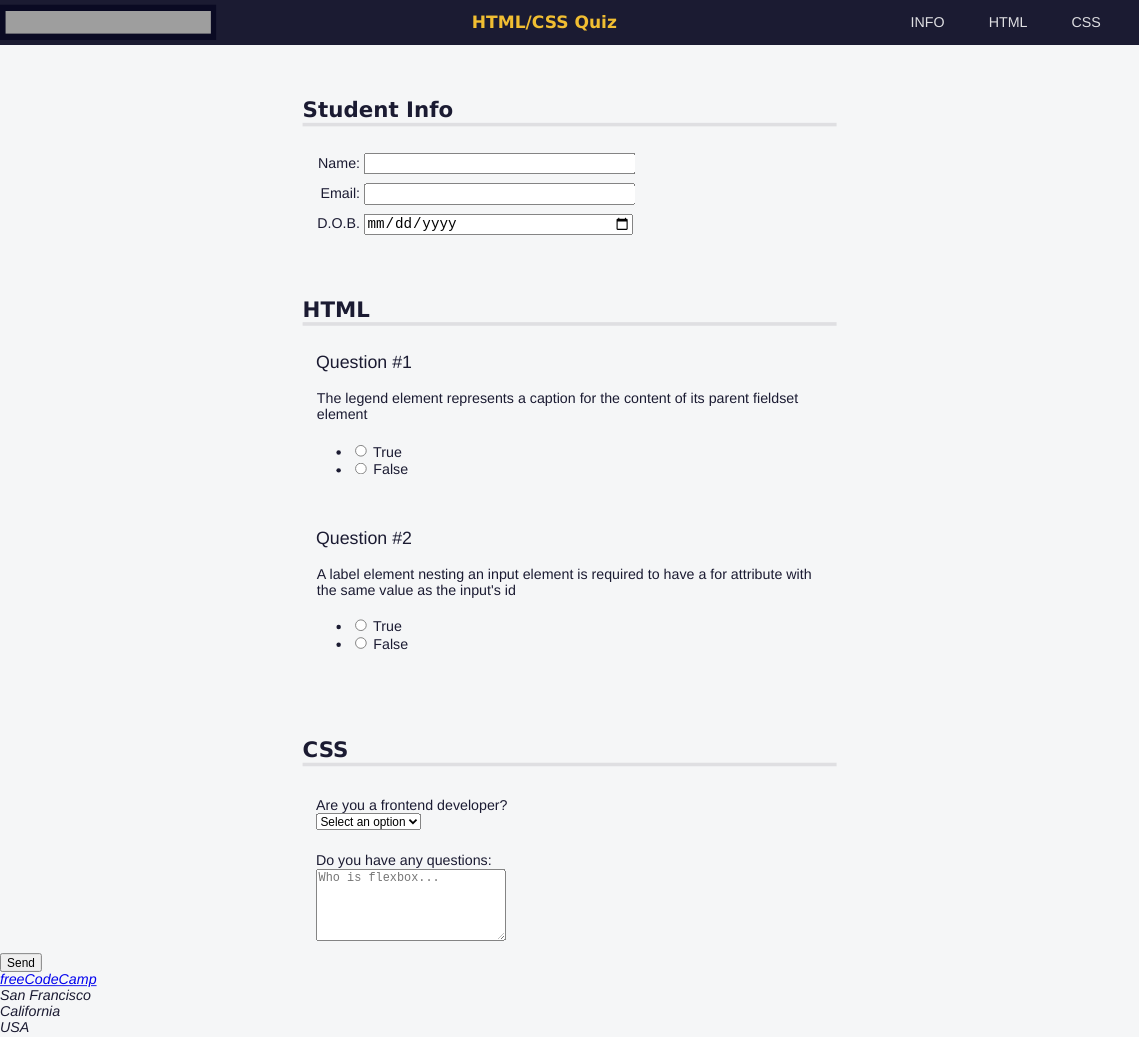
Repository: cipdanila/freeCodeCamp
Page: Quiz/index.html
An editor plug-in stored every save of this project. The page is shown before and after the next save, followed by the edit.
The browser window is 1280 px wide. The pictures show the whole page, at 89% of full size.
Pictures or frames that could not be fetched are drawn as grey boxes.

Above is the page before, as saved 2023-10-18 19:49:31.

### Quiz/index.html
<!DOCTYPE html>
<html lang="en">
    <head>
        <meta charset="UTF-8" />
        <meta name="viewport" content="width=device-width, initial-scale=1.0" />
        <meta
            name="description"
            content="freeCodeCamp Accessibility Quiz practice project"
        />
        <title>Accessibility Quiz</title>
        <link rel="stylesheet" href="styles.css" />
    </head>
    <body>
        <header>
            <img
                id="logo"
                src="https://cdn.freecodecamp.org/platform/universal/fcc_primary.svg"
            />
            <h1>HTML/CSS Quiz</h1>
            <nav>
                <ul>
                    <li><a href="#student-info">INFO</a></li>
                    <li><a href="#html-questions">HTML</a></li>
                    <li><a href="#css-questions">CSS</a></li>
                </ul>
            </nav>
        </header>
        <main>
            <form
                method="post"
                action="https://freecodecamp.org/practice-project/accessibility-quiz"
            >
                <section role="region" aria-labelledby="student-info">
                    <h2 id="student-info">Student Info</h2>
                    <div class="info">
                        <label for="student-name">Name:</label>
                        <input
                            type="text"
                            name="student-name"
                            id="student-name"
                        />
                    </div>
                    <div class="info">
                        <label for="student-email">Email:</label>
                        <input
                            type="email"
                            name="student-email"
                            id="student-email"
                        />
                    </div>
                    <div class="info">
                        <label for="birth-date"
                            >D.O.B.<span class="sr-only"
                                >(Date of Birth)</span
                            ></label
                        >
                        <input type="date" name="birth-date" id="birth-date" />
                    </div>
                </section>
                <section role="region" aria-labelledby="html-questions">
                    <h2 id="html-questions">HTML</h2>
                    <div class="question-block">
                        <p>1</p>
                        <fieldset class="question" name="html-question-one">
                            <legend>
                                The legend element represents a caption for the
                                content of its parent fieldset element
                            </legend>
                            <ul class="answers-list">
                                <li>
                                    <label for="q1-a1">
                                        <input
                                            type="radio"
                                            id="q1-a1"
                                            name="q1"
                                            value="true"
                                        />
                                        True
                                    </label>
                                </li>
                                <li>
                                    <label for="q1-a2">
                                        <input
                                            type="radio"
                                            id="q1-a2"
                                            name="q1"
                                            value="false"
                                        />
                                        False
                                    </label>
                                </li>
                            </ul>
                        </fieldset>
                    </div>
                    <div class="question-block">
                        <p>2</p>
                        <fieldset class="question" name="html-question-two">
                            <legend>
                                A label element nesting an input element is
                                required to have a for attribute with the same
                                value as the input's id
                            </legend>
                            <ul class="answers-list">
                                <li>
                                    <label for="q2-a1">
                                        <input
                                            type="radio"
                                            id="q2-a1"
                                            name="q2"
                                            value="true"
                                        />
                                        True
                                    </label>
                                </li>
                                <li>
                                    <label for="q2-a2">
                                        <input
                                            type="radio"
                                            id="q2-a2"
                                            name="q2"
                                            value="false"
                                        />
                                        False
                                    </label>
                                </li>
                            </ul>
                        </fieldset>
                    </div>
                </section>
                <section role="region" aria-labelledby="css-questions">
                    <h2 id="css-questions">CSS</h2>
                    <div class="formrow">
                        <div class="question-block">
                            <label for="customer"
                                >Are you a frontend developer?</label
                            >
                        </div>
                        <div class="answer">
                            <select name="customer" id="customer" required>
                                <option value="">Select an option</option>
                                <option value="yes">Yes</option>
                                <option value="no">No</option>
                            </select>
                        </div>
                        <div class="question-block">
                            <label for="css-questions"
                                >Do you have any questions:</label
                            >
                        </div>
                        <div class="answer">
                            <textarea
                                id="css-questions"
                                name="css-questions"
                                rows="5"
                                cols="24"
                                placeholder="Who is flexbox..."
                            ></textarea>
                        </div>
                    </div>
                </section>
                <button type="submit">Send</button>
            </form>
        </main>
        <footer>
            <address>
                <a href="https://freecodecamp.org">freeCodeCamp</a><br />
                San Francisco<br />
                California<br />
                USA
            </address>
        </footer>
    </body>
</html>

### Quiz/styles.css
body {
    background: #f5f6f7;
    color: #1b1b32;
    font-family: Helvetica;
    margin: 0;
}

header {
    width: 100%;
    height: 50px;
    background-color: #1b1b32;
    display: flex;
    justify-content: space-between;
    align-items: center;
    position: fixed;
    top: 0;
}

#logo {
    width: max(100px, 18vw);
    background-color: #0a0a23;
    aspect-ratio: 35 / 4;
    padding: 0.4rem;
}

h1 {
    color: #f1be32;
    font-size: min(5vw, 1.2em);
    text-align: center;
}

nav {
    width: 50%;
    max-width: 300px;
    height: 50px;
}

nav > ul {
    display: flex;
    justify-content: space-evenly;
    flex-wrap: wrap;
    align-items: center;
    padding-inline-start: 0;
    margin-block: 0;
    height: 100%;
}

nav > ul > li {
    color: #dfdfe2;
    margin: 0 0.2rem;
    padding: 0.2rem;
    display: block;
}

nav > ul > li:hover {
    background-color: #dfdfe2;
    color: #1b1b32;
    cursor: pointer;
}

li > a {
    color: inherit;
    text-decoration: none;
}

main {
    padding-top: 50px;
}

section {
    width: 80%;
    margin: 0 auto 10px auto;
    max-width: 600px;
}

h1,
h2 {
    font-family: Verdana, Tahoma;
}

h2 {
    border-bottom: 4px solid #dfdfe2;
    margin-top: 0px;
    padding-top: 60px;
}

.info {
    padding: 10px 0 0 5px;
}

.formrow {
    margin-top: 30px;
    padding: 0px 15px;
}

input {
    font-size: 16px;
}

.info label,
.info input {
    display: inline-block;
}

.info input {
    width: 50%;
    text-align: left;
}

.info label {
    width: 10%;
    min-width: 55px;
    text-align: right;
}

.question-block {
    text-align: left;
    display: block;
    width: 100%;
    margin-top: 20px;
    padding-top: 5px;
}

p {
    margin-top: 5px;
    padding-left: 15px;
    font-size: 20px;
}

p::before {
    content: "Question #";
}

.question {
    border: none;
}

.sr-only {
    position: absolute;
    width: 1px;
    height: 1px;
    padding: 0;
    margin: -1px;
    overflow: hidden;
    clip: rect(0, 0, 0, 0);
    white-space: nowrap;
    border: 0;
}

After the next save:
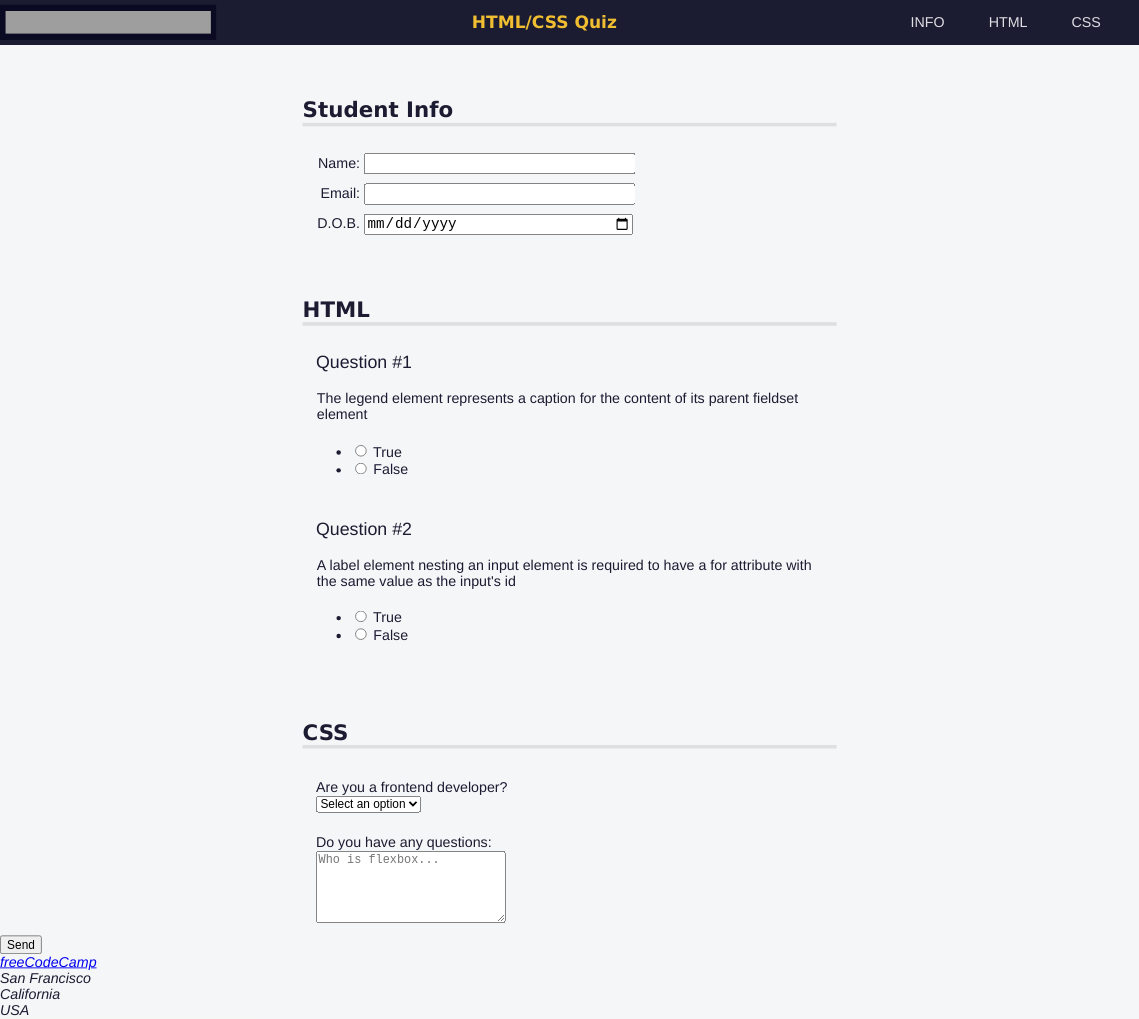
Saved 14 s later.
--- a/Quiz/styles.css
+++ b/Quiz/styles.css
@@ -133,6 +133,7 @@
 
 .question {
     border: none;
+    padding-bottom: 0;
 }
 
 .sr-only {
